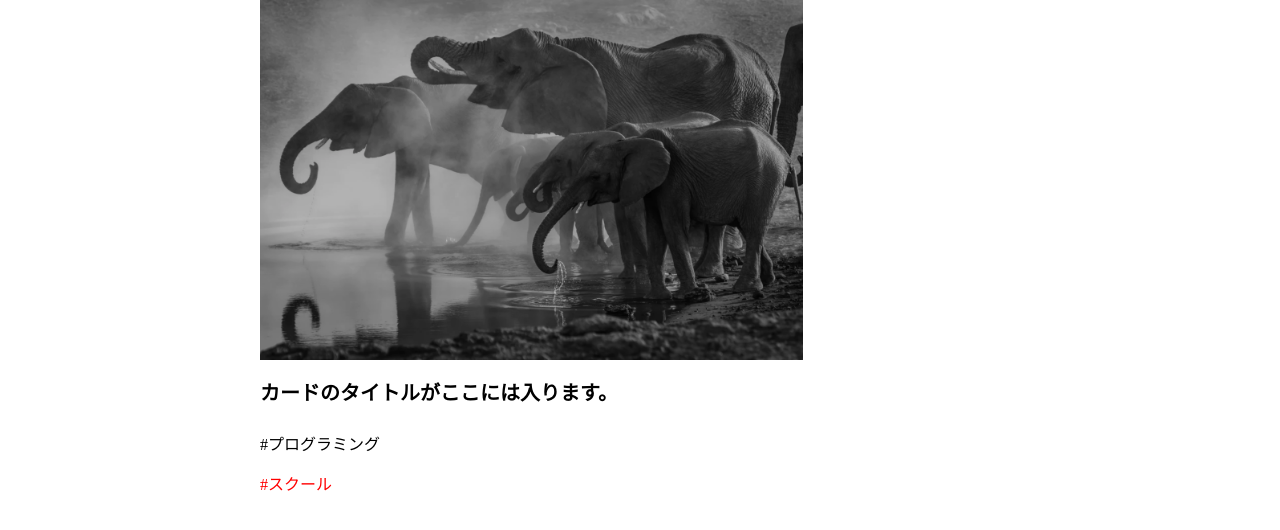
Repository: 9136424556/todo01
Page: coachtech/html-css/1-16練習問題２.html
The author's editor kept a copy of each file at every save. The page is drawn from the files as they stood at one save, then again after the next save.
The browser window is 1280 px wide. The pictures show the whole page.

Above is the page before, as saved 2023-11-29 11:38:10.

### coachtech/html-css/1-16練習問題２.html
<link rel="stylesheet" href="css/1-16練習問題２.css">
<div class="card">
 <div class="card__img">
    <img src="img/elephant.png" alt="" />
 </div>
 <div class="card__content">
    <h2 class="card__content-tti">カードのタイトルがここには入ります。</h2>
    <p class="card__content-tag">#プログラミング</p>
    <p class="card__content-tag2">#スクール</p>
 </div>
</div>

### coachtech/html-css/css/1-16練習問題２.css
body{
    width: 760px;
    margin: auto;
}
.card{
    box-shadow: 0 0 6 #eeeeee;

}
.card__img{
    width: 40px;
}
.card__content-tti{
    font-size: 20px;
    font-weight: bold;
    margin-bottom: 25px;
}
.card__content-tag2{
    color: red;
}

After the next save:
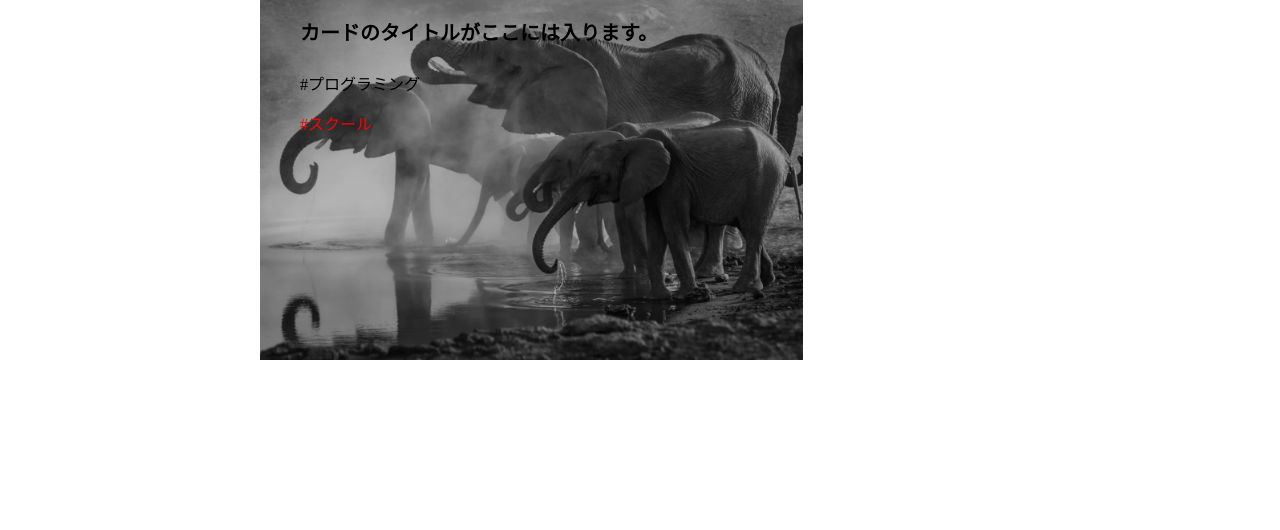
Saved 75 s later.
--- a/coachtech/html-css/css/1-16練習問題２.css
+++ b/coachtech/html-css/css/1-16練習問題２.css
@@ -4,7 +4,7 @@
 }
 .card{
     box-shadow: 0 0 6 #eeeeee;
-
+    display: flex;
 }
 .card__img{
     width: 40px;

After the save that followed:
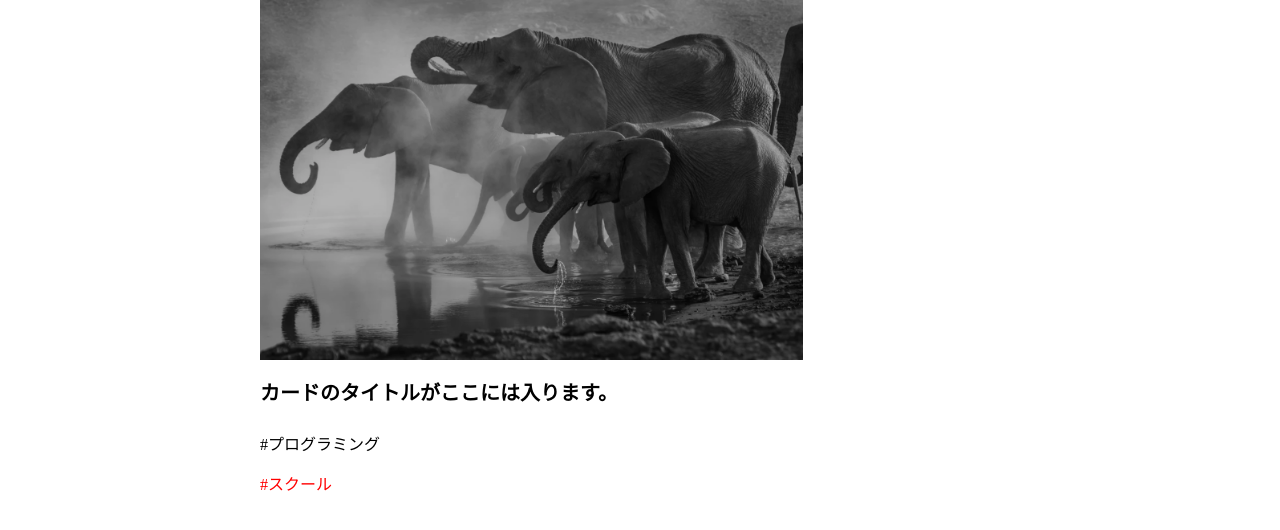
Saved 52 s later.
--- a/coachtech/html-css/css/1-16練習問題２.css
+++ b/coachtech/html-css/css/1-16練習問題２.css
@@ -4,7 +4,6 @@
 }
 .card{
     box-shadow: 0 0 6 #eeeeee;
-    display: flex;
 }
 .card__img{
     width: 40px;
